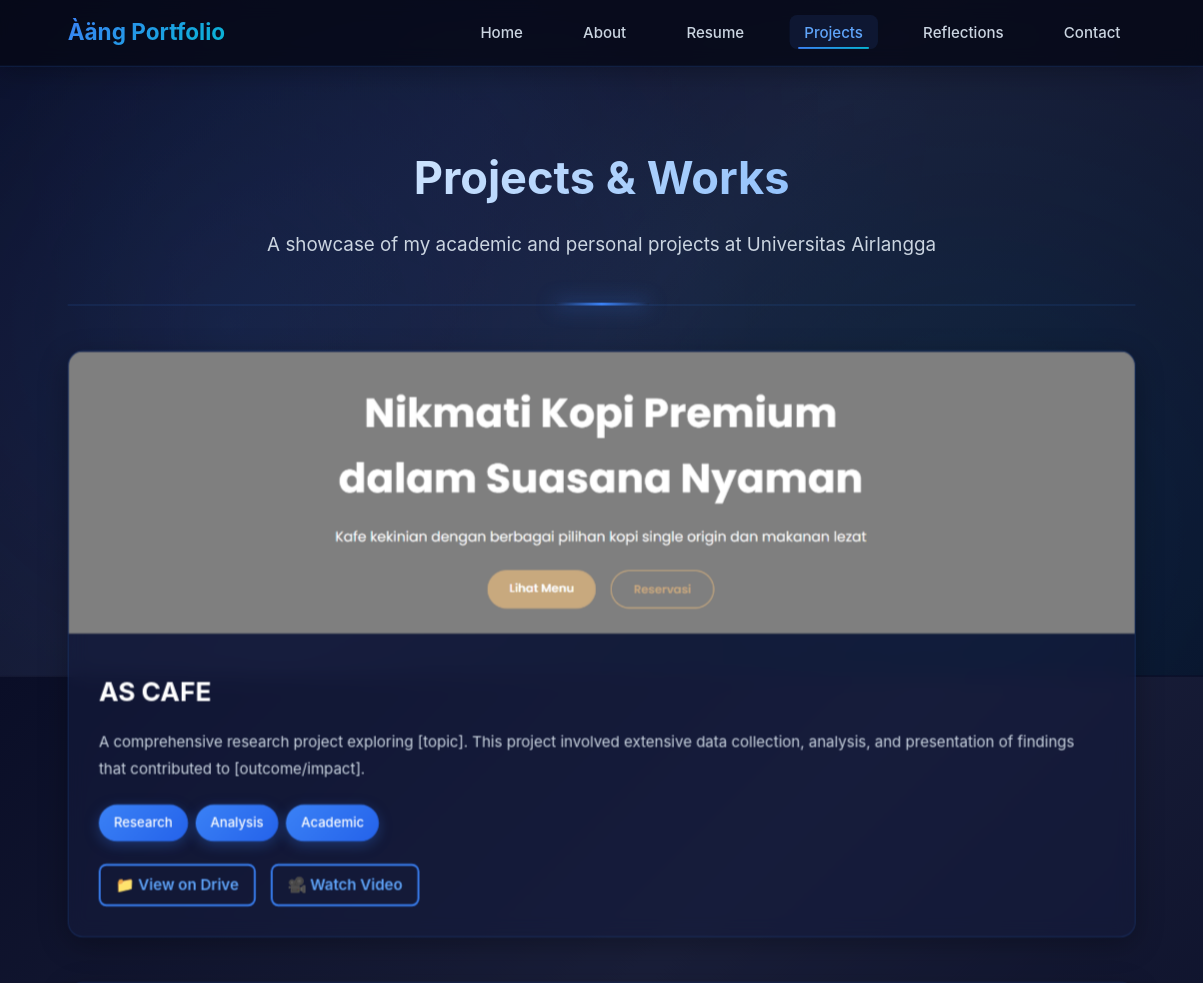
Repository: Anggaaa2006/Portofolio
Page: projects.html
These files come from the project's save history. The page is drawn as it stood at one moment and after a run of saves; the edit follows.
The browser window is 1280 px wide. The pictures show the part of the page from y = 0 to 1046 px (the page is 3872 px tall before and 3929 px after), at 94% of full size.
Pictures or frames that could not be fetched are drawn as grey boxes. Backgrounds fixed to the window are drawn as part of the page.

Above is the page before, as saved 2025-10-06 18:39:13.

### projects.html
<!DOCTYPE html>
<html lang="en">
<head>
    <meta charset="UTF-8">
    <meta name="viewport" content="width=device-width, initial-scale=1.0">
    <title>Projects - My Portfolio</title>
    <link rel="stylesheet" href="styles.css">
</head>
<body>
    <nav class="navbar">
        <div class="nav-container">
            <a href="index.html" class="nav-logo">Àäng Portfolio</a>
            <ul class="nav-menu">
                <li><a href="index.html" class="nav-link">Home</a></li>
                <li><a href="about.html" class="nav-link">About</a></li>
                <li><a href="resume.html" class="nav-link">Resume</a></li>
                <li><a href="projects.html" class="nav-link active">Projects</a></li>
                <li><a href="reflections.html" class="nav-link">Reflections</a></li>
                <li><a href="contact.html" class="nav-link">Contact</a></li>
            </ul>
            <div class="hamburger">
                <span></span>
                <span></span>
                <span></span>
            </div>
        </div>
    </nav>

    <main class="page-container">
        <section class="page-header">
            <h1>Projects & Works</h1>
            <p>A showcase of my academic and personal projects at Universitas Airlangga</p>
        </section>

        <section class="projects-grid">
            <!-- Project 1 -->
            <article class="project-card">
                <div class="project-image">
                    <img src="images/project 1.png" alt="Project 1">
                </div>
                <div class="project-content">
                    <h3>AS CAFE </h3>
                    <p class="project-description">
                        A comprehensive research project exploring [topic]. This project involved extensive data collection,
                        analysis, and presentation of findings that contributed to [outcome/impact].
                    </p>
                    <div class="project-tags">
                        <span class="tag">Research</span>
                        <span class="tag">Analysis</span>
                        <span class="tag">Academic</span>
                    </div>
                    <div class="project-links">
                        <a href="https://drive.google.com/your-link" target="_blank" class="project-link">📁 View on Drive</a>
                        <a href="https://youtube.com/your-video" target="_blank" class="project-link">🎥 Watch Video</a>
                    </div>
                </div>
            </article>

            <!-- Project 2 -->
            <article class="project-card">
                <div class="project-image">
                    <img src="/placeholder.svg?height=300&width=500" alt="Project 2">
                </div>
                <div class="project-content">
                    <h3>Community Service Initiative</h3>
                    <p class="project-description">
                        Led a community outreach program focused on [cause/topic]. Collaborated with team members to
                        organize events, engage with community members, and create lasting positive impact.
                    </p>
                    <div class="project-tags">
                        <span class="tag">Community</span>
                        <span class="tag">Leadership</span>
                        <span class="tag">Social Impact</span>
                    </div>
                    <div class="project-links">
                        <a href="https://drive.google.com/your-link" target="_blank" class="project-link">📁 View on Drive</a>
                    </div>
                </div>
            </article>

            <!-- Project 3 -->
            <article class="project-card">
                <div class="project-image">
                    <img src="/placeholder.svg?height=300&width=500" alt="Project 3">
                </div>
                <div class="project-content">
                    <h3>Digital Innovation Project</h3>
                    <p class="project-description">
                        Developed an innovative digital solution to address [problem/challenge]. This project showcases
                        technical skills, creative problem-solving, and practical application of academic knowledge.
                    </p>
                    <div class="project-tags">
                        <span class="tag">Technology</span>
                        <span class="tag">Innovation</span>
                        <span class="tag">Problem Solving</span>
                    </div>
                    <div class="project-links">
                        <a href="https://drive.google.com/your-link" target="_blank" class="project-link">📁 View on Drive</a>
                        <a href="https://youtube.com/your-video" target="_blank" class="project-link">🎥 Demo Video</a>
                    </div>
                </div>
            </article>

            <!-- Project 4 -->
            <article class="project-card">
                <div class="project-image">
                    <img src="/placeholder.svg?height=300&width=500" alt="Project 4">
                </div>
                <div class="project-content">
                    <h3>Academic Conference Presentation</h3>
                    <p class="project-description">
                        Presented research findings at [conference/event name]. This experience enhanced my communication
                        skills and provided valuable exposure to academic discourse and peer feedback.
                    </p>
                    <div class="project-tags">
                        <span class="tag">Presentation</span>
                        <span class="tag">Academic</span>
                        <span class="tag">Communication</span>
                    </div>
                    <div class="project-links">
                        <a href="https://drive.google.com/your-link" target="_blank" class="project-link">📁 View Slides</a>
                    </div>
                </div>
            </article>

            <!-- Project 5 -->
            <article class="project-card">
                <div class="project-image">
                    <img src="/placeholder.svg?height=300&width=500" alt="Project 5">
                </div>
                <div class="project-content">
                    <h3>Collaborative Team Project</h3>
                    <p class="project-description">
                        Worked with a diverse team to complete [project description]. This experience taught me valuable
                        lessons about teamwork, communication, and project management in an academic setting.
                    </p>
                    <div class="project-tags">
                        <span class="tag">Teamwork</span>
                        <span class="tag">Collaboration</span>
                        <span class="tag">Management</span>
                    </div>
                    <div class="project-links">
                        <a href="https://drive.google.com/your-link" target="_blank" class="project-link">📁 View on Drive</a>
                        <a href="https://youtube.com/your-video" target="_blank" class="project-link">🎥 Project Video</a>
                    </div>
                </div>
            </article>
        </section>
    </main>

    <footer class="footer">
        <p>&copy; 2025 My Portfolio. All rights reserved.</p>
    </footer>

    <script src="script.js"></script>
</body>
</html>

Loaded but not shown: script.js (137 lines, source omitted); styles.css (1206 lines, source omitted)

After the next 2 saves:
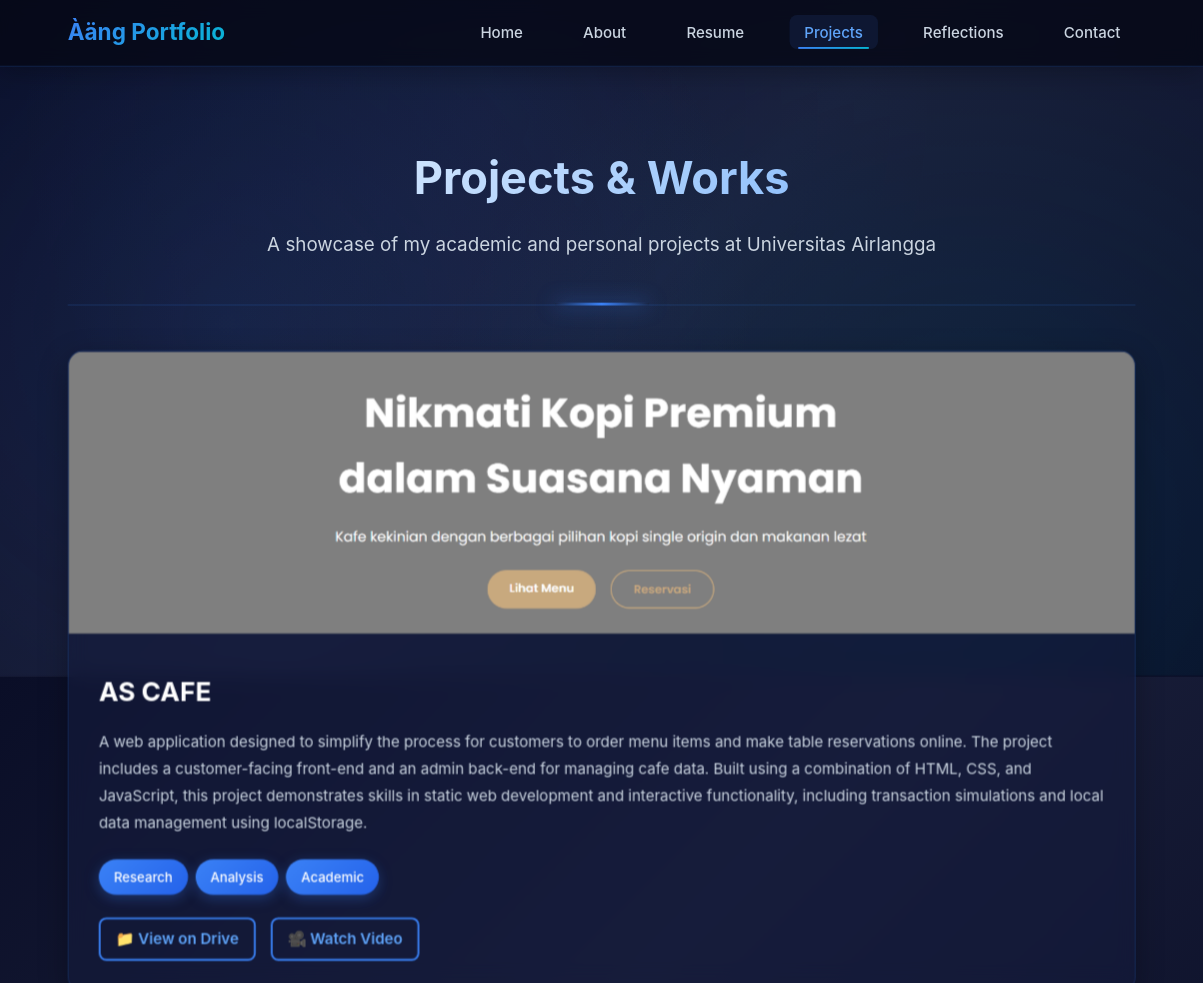
The 2 saves are shown as one change because they came seconds apart.
The last was saved 55 s later.
--- a/projects.html
+++ b/projects.html
@@ -41,8 +41,7 @@
                 <div class="project-content">
                     <h3>AS CAFE </h3>
                     <p class="project-description">
-                        A comprehensive research project exploring [topic]. This project involved extensive data collection,
-                        analysis, and presentation of findings that contributed to [outcome/impact].
+                       A web application designed to simplify the process for customers to order menu items and make table reservations online. The project includes a customer-facing front-end and an admin back-end for managing cafe data. Built using a combination of HTML, CSS, and JavaScript, this project demonstrates skills in static web development and interactive functionality, including transaction simulations and local data management using localStorage.
                     </p>
                     <div class="project-tags">
                         <span class="tag">Research</span>
